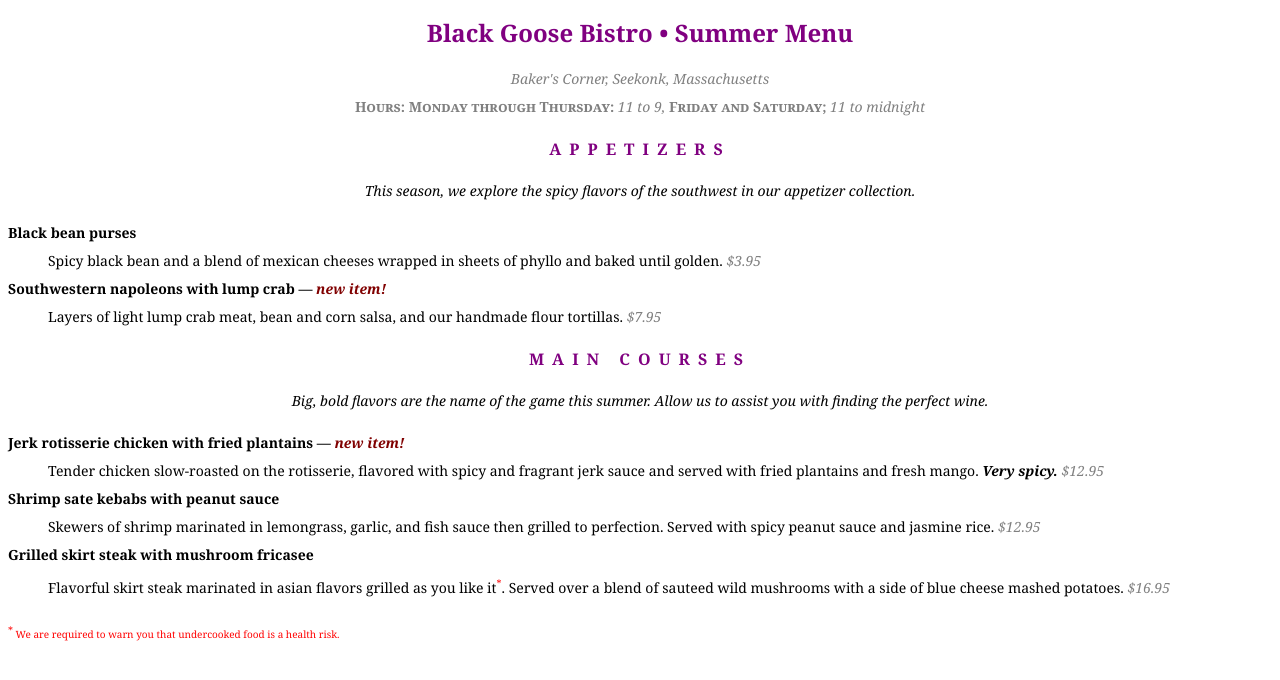
Repository: Lithium87/WebDesign
Page: Bistro/menu.html
The author's editor kept a copy of each file at every save. The page is drawn from the files as they stood at one save, then again after the next save.
The browser window is 1280 px wide. The pictures show the whole page.
Some web fonts or font styles are not loaded; a fallback is used.

Above is the page before, as saved 2020-04-14 11:21:25.

### Bistro/menu.html
<!DOCTYPE html >
<html>

<head>
    <meta charset="utf-8">
    <title>Black Goose Bistro Summer Menu</title>
    <link href="http://fonts.googleapis.com/ css?family=Marko+One" rel="stylesheet">
    <style>
        body {
            font-family: Georgia, serif;
            font-size: 100%;
            line-height: 1.75em;
        }

        h1 {
            font: bold 1.5em "Marko One", Georgia, serif;
            color: purple;
        }

        h2 {
            font-size: 1em;
            text-transform: uppercase;
            letter-spacing: 0.5em;
            color: purple;
        }

        h2+p {
            text-align: center;
            font-style: italic;
        }

        h1,
        h2,
        #info {
            text-align: center;
        }

        p,
        dl {
            font-size: 0.875em;
        }

        dt {
            font-weight: bold;
        }

        strong {
            font-style: italic;
        }

        dt strong {
            color: maroon;
        }

        #info p {
            font-style: italic;
            color: grey;
        }

        .price {
            font-family: Georgia, serif;
            font-style: italic;
            color: grey;
        }

        .label {
            font-weight: bold;
            font-variant: small-caps;
            font-style: normal;
        }

        p.warning,
        sup {
            font-size: x-small;
            color: red;
        }
    </style>
</head>

<body>

    <div id="info">
        <h1>Black Goose Bistro &bull; Summer Menu</h1>

        <p>Baker's Corner, Seekonk, Massachusetts<br>
            <span class="label">Hours: Monday through Thursday:</span> 11 to 9, <span class="label">Friday and Saturday;</span> 11 to midnight</p>
    </div>

    <div id="appetizers">
        <h2>Appetizers</h2>
        <p>This season, we explore the spicy flavors of the southwest in our appetizer collection.</p>

        <dl>
            <dt>Black bean purses</dt>
            <dd>Spicy black bean and a blend of mexican cheeses wrapped in sheets of phyllo and baked until golden. <span class="price">$3.95</span></dd>

            <dt class="newitem">Southwestern napoleons with lump crab &mdash; <strong>new item!</strong></dt>
            <dd>Layers of light lump crab meat, bean and corn salsa, and our handmade flour tortillas. <span class="price">$7.95</span></dd>
        </dl>
    </div>

    <div id="entrees">

        <h2>Main courses</h2>
        <p>Big, bold flavors are the name of the game this summer. Allow us to assist you with finding the perfect wine.</p>


        <dl>

            <dt class="newitem">Jerk rotisserie chicken with fried plantains &mdash; <strong>new item!</strong></dt>
            <dd>Tender chicken slow-roasted on the rotisserie, flavored with spicy and fragrant jerk sauce and served with fried plantains and fresh mango. <strong>Very spicy.</strong> <span class="price">$12.95</span></dd>

            <dt>Shrimp sate kebabs with peanut sauce</dt>
            <dd>Skewers of shrimp marinated in lemongrass, garlic, and fish sauce then grilled to perfection. Served with spicy peanut sauce and jasmine rice. <span class="price">$12.95</span></dd>

            <dt>Grilled skirt steak with mushroom fricasee</dt>
            <dd>Flavorful skirt steak marinated in asian flavors grilled as you like it<sup>*</sup>. Served over a blend of sauteed wild mushrooms with a side of blue cheese mashed potatoes. <span class="price">$16.95</span></dd>
        </dl>

    </div>

    <p class="warning"><sup>*</sup> We are required to warn you that undercooked food is a health risk.</p>

</body>

</html>

After the next save:
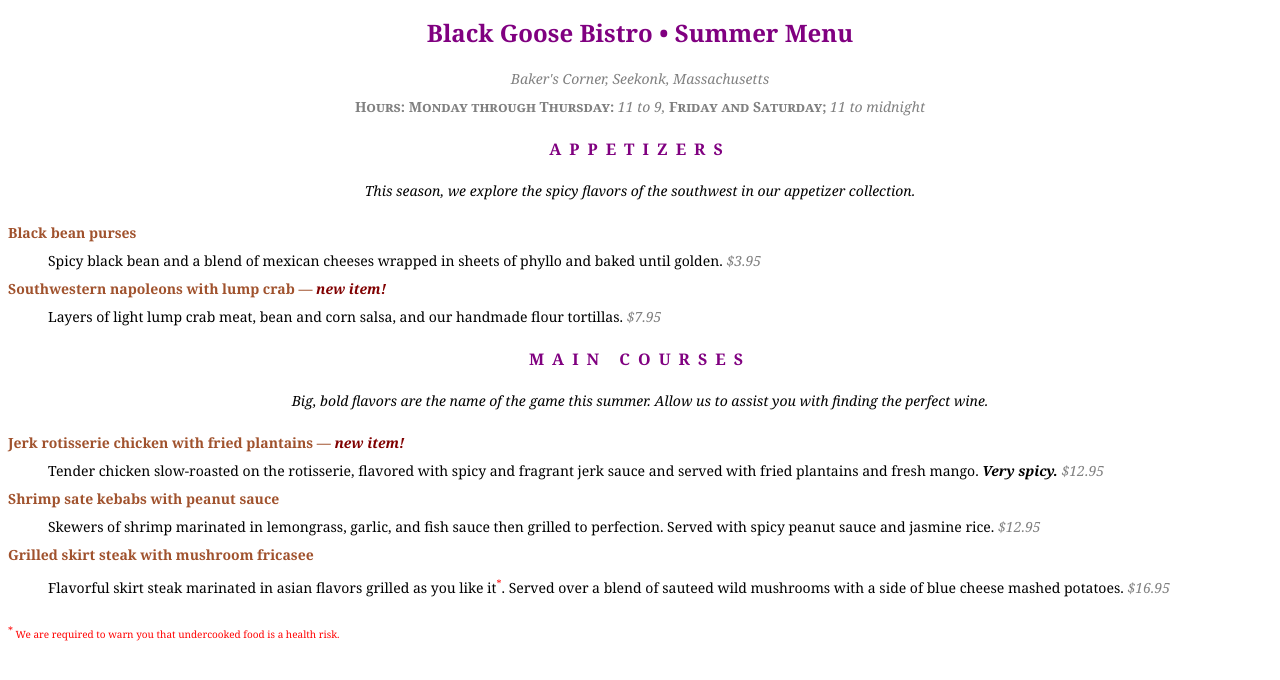
Saved 3 min 3 s later.
--- a/Bistro/menu.html
+++ b/Bistro/menu.html
@@ -42,6 +42,7 @@
 
         dt {
             font-weight: bold;
+            color: sienna;
         }
 
         strong {
